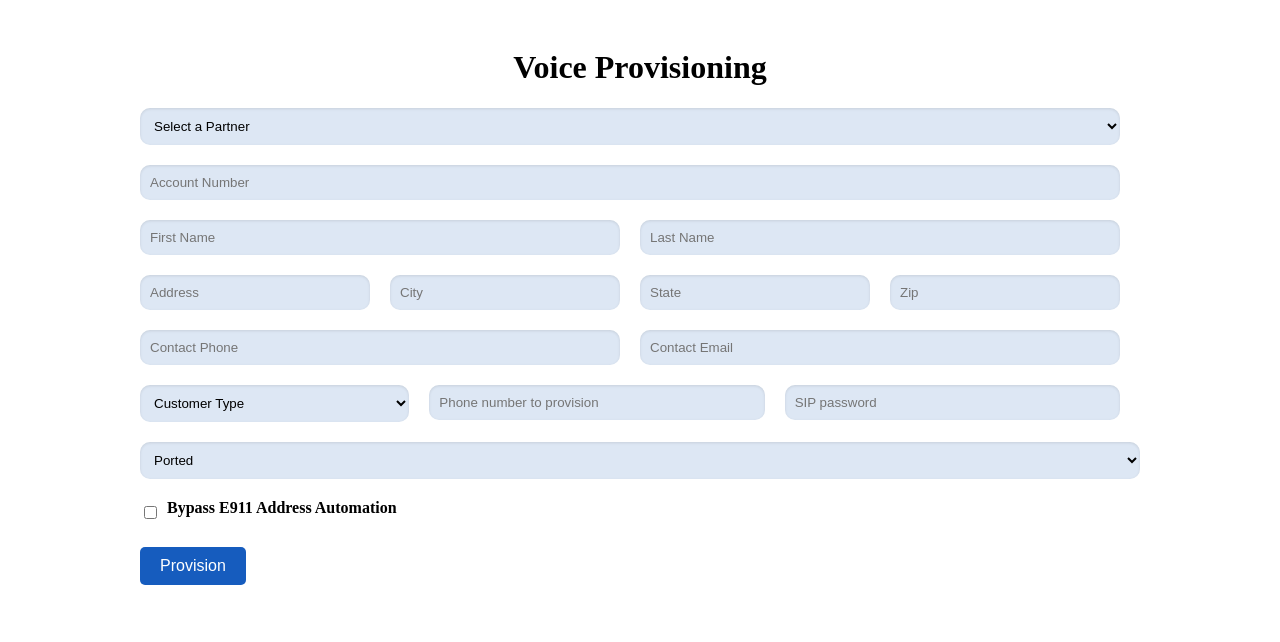
Repository: smallchungus/logiccom
Page: /
An editor plug-in stored every save of this project. The page is shown before and after a run of saves, followed by the edit.
The browser window is 1280 px wide. The pictures show the whole page.
The project was rebuilt for these pictures with package versions that can differ from the ones it lists, and the page was loaded fresh each time. Also part of the build but not shown: vite.config.ts.

Above is the page before, as saved 2023-05-04 12:25:48.

### src/App.vue
<style src="./styles.css"></style>


<template>


<form>
  <header>
    <h1>Voice Provisioning</h1>
  </header>
      <div class="form-group">
        <!-- <label for="partner">Select a partner:</label> -->
        <select id="partner" name="partner" placeholder="Select a Partner">
          <option value="Sprout">Select a Partner</option>
          <option value="option2">Option 2</option>
        </select>
      </div>

      <div class="form-group">
        <input type="text" id="accountNum" name="accountNum" placeholder="Account Number">
      </div>

    <div class="form-row">
      <div class="form-group">
        <input type="text" id="firstName" name="firstName" placeholder="First Name" class="inline">
      </div>

      <div class="form-group">
        <input type="text" id="lastName" name="lastName" placeholder="Last Name" class="inline">
      </div>
    </div>

    <div class="form-row">
      <div class="form-group">
        <input type="text" id="address" name="address" placeholder="Address">
      </div>

      <div class="form-group">
        <input type="text" id="city" name="city" placeholder="City">
      </div>

      <div class="form-group">
        <input type="text" id="state" name="state" placeholder="State">
      </div>

      <div class="form-group">
        <input type="text" id="zip" name="zip" placeholder="Zip">
      </div>
    </div>

    <div class="form-row">
      <div class="form-group">
        <input type="text" id="contactPhone" name="contactPhone" placeholder="Contact Phone">
      </div>

      <div class="form-group">
        <input type="text" id="contactEmail" name="contactEmail" placeholder="Contact Email">
      </div>
    </div>

    <div class="form-row">
      <div class="form-group">
        <!-- <label for="customerType">Customer Type:</label> -->
        <select id="customerType" name="customerType">
          <option value="Sprout">Customer Type</option>
          <option value="option2">Option 2</option>
        </select>
      </div>

      <div class="form-group">
        <input type="text" id="phoneToProv" name="phoneToProv" placeholder="Phone number to provision">
      </div>

      <div class="form-group">
        <input type="password" id="sipPassword" name="sipPassword" placeholder="SIP password">
      </div>
    </div>

    <!-- <label for="ported">Ported</label> -->
     <select id="ported" name="ported">
      <option value="">Ported</option>
      <option value="option2">Option 2</option>
    </select>


<div class="checkbox-wrapper">
  <input type="checkbox">
  <label for="e911">Bypass E911 Address Automation</label>
</div>
    <button type="submit" class="button-primary">Provision</button>
  </form>
</template>

### src/styles.css
header {
    text-align: center;
    margin: 0 auto;
  }

  body {
    text-align: center;
  }

  form {
    /* background-color: #f7f7f7; */
    border-radius: 5px;
    padding: 20px;
    margin: 0 auto;
    max-width: 1000px;
  }

  .form-row {
    display: flex;
    flex-wrap: wrap;
  }

  .form-row .form-group {
    /* width: calc(50% - 10px); */
    margin-right: 20px;
  }


  label {
    display: block;
    font-weight: bold;
    margin-bottom: 10px;
  }

  input[type="text"],
  input[type="password"],
  select {
    box-sizing: border-box; /* add this line */
    background-color: #dde7f4;
    width: 100%;
    padding: 10px;
    border: none;
    border-radius: 10px;
    margin-bottom: 20px;
    box-shadow: inset 0px 1px 3px rgba(0, 0, 0, 0.1);
  }

  input[type="text"].inline {
    display: inline-block;
    /* width: calc(50% - 10px); */
    margin-right: 20px;
  }

  .form-group {
    flex-grow: 1;
    margin-right: 20px;
  }

  .checkbox-wrapper {
    display: flex;
    align-items: center;
    margin-bottom: 20px;
  }

  .checkbox-wrapper input[type="checkbox"] {
    margin-right: 10px;
  }

  button[type="submit"] {
    background-color: #165cbe;
    color: #fff;
    border: none;
    border-radius: 5px;
    padding: 10px 20px;
    font-size: 16px;
    cursor: pointer;
    display: flex;
    justify-content: flex-end;

  }

  @media (min-width: 1024px) {
    header {
      display: flex;
      justify-content: center;
      align-items: center;
    }
  }

Loaded but not shown: index.html (common file); src/main.ts (common file)

After the next 2 saves:
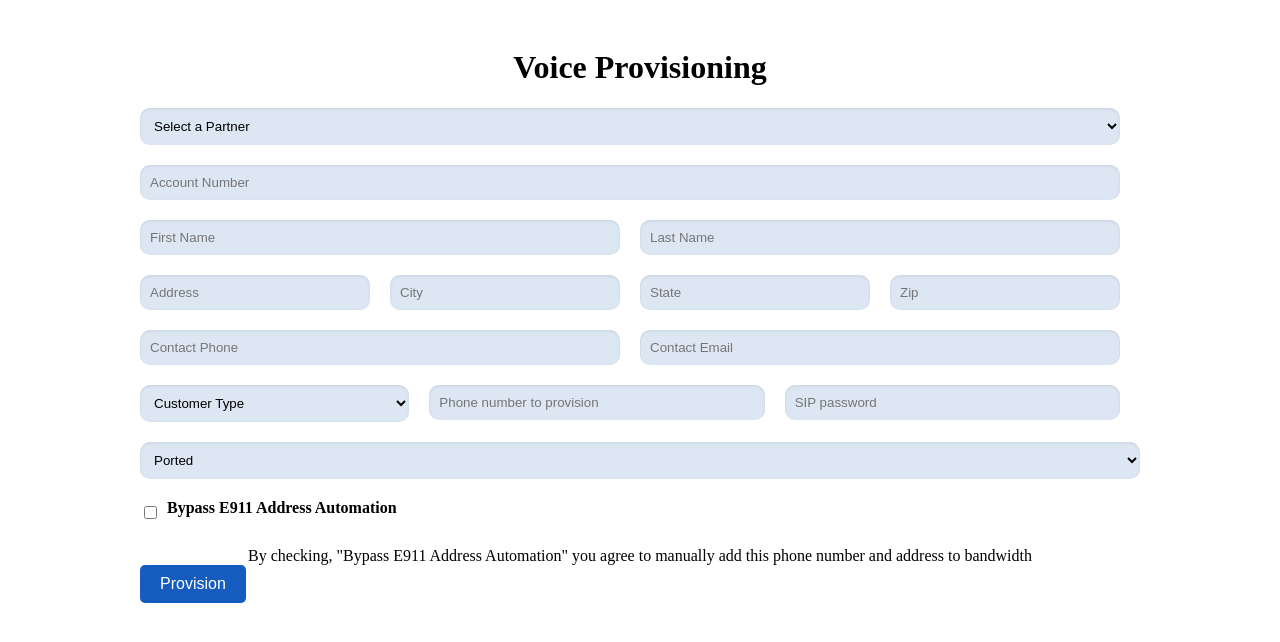
The 2 saves are shown as one change because they came seconds apart.
The last was saved 3 min 51 s later.
--- a/src/App.vue
+++ b/src/App.vue
@@ -87,6 +87,10 @@
   <input type="checkbox">
   <label for="e911">Bypass E911 Address Automation</label>
 </div>
+
+<div class="warning-box">
+  By checking, "Bypass E911 Address Automation" you agree to manually add this phone number and address to bandwidth
+</div>
     <button type="submit" class="button-primary">Provision</button>
   </form>
 </template>
